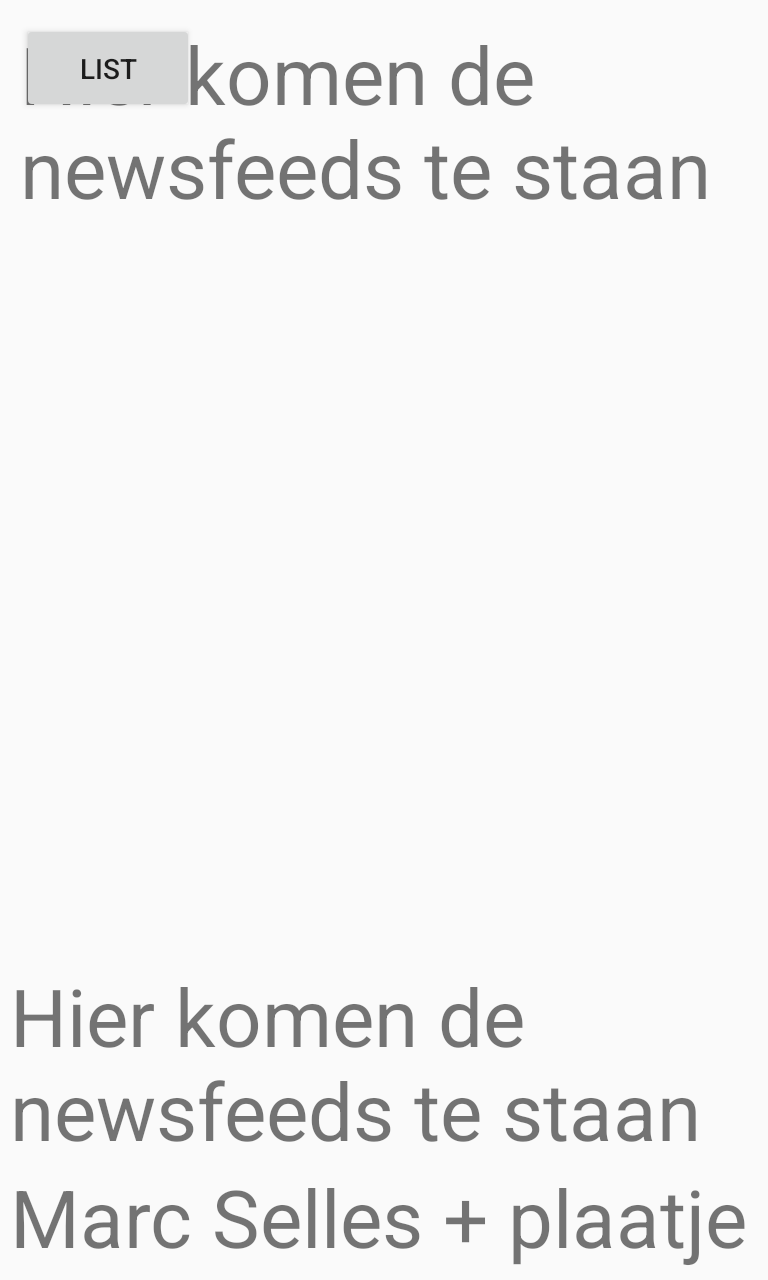
Repository: MarcSelles/BeatYourBucketAndroid
Layout: The_app/BeatYourBucket/res/layout/activity_main.xml
An editor plug-in stored every save of this project. The layout is shown before and after the next save, followed by the edit.
It is drawn on a 768 x 1280 px phone screen (xhdpi) without system bars, with theme AppTheme; the app's code is not run.

Above is the layout before, as saved 2015-01-14 11:09:05.

### The_app/BeatYourBucket/res/layout/activity_main.xml
<?xml version="1.0" encoding="utf-8"?>
<RelativeLayout xmlns:tools="http://schemas.android.com/tools"
    xmlns:android="http://schemas.android.com/apk/res/android"
    android:layout_width="fill_parent"
    android:layout_height="fill_parent"
    tools:context="com.byb.beatyourbucket.MainActivity" >

    <RelativeLayout
        android:id="@+id/fraglists"
        android:layout_width="match_parent"
        android:layout_height="match_parent"
        android:layout_above="@+id/tabhost"
        />

    <TabHost
        android:id="@+id/tabhost"
        android:layout_width="fill_parent"
    	android:layout_height="fill_parent">

	    <LinearLayout
	        android:orientation="vertical"
	        android:layout_width="fill_parent"
	        android:layout_height="fill_parent"
	        android:padding="5dp">

	        <FrameLayout
	            android:id="@+id/tab1"
	            android:layout_width="fill_parent"
	            android:layout_height="wrap_content"
	            android:padding="5dp"
	            android:layout_weight="1">

	        	<!-- <LinearLayout
	            	android:id="@+id/tab1"
	            	android:layout_width="wrap_content"
	            	android:layout_height="wrap_content"
	            	android:orientation="horizontal" >
	            	 -->

	                <Button
	        			android:id="@+id/list"
	        			android:layout_width="wrap_content"
	        			android:layout_height="wrap_content"
	        			android:text="list" />

	                <TextView
	                	android:id="@+id/hooi"
	                    android:layout_width="wrap_content"
	                    android:layout_height="wrap_content"
	                    android:text="Hier komen de newsfeeds te staan"
	                    android:textSize="40sp" />

	            <!-- </LinearLayout>-->
	            </FrameLayout>

	            <FrameLayout
	            	android:id="@+id/tab2"
	            	android:layout_width="wrap_content"
	            	android:layout_height="wrap_content"
	                android:orientation="vertical" >

	                <TextView
	                	android:id="@+id/hoi"
	                    android:layout_width="wrap_content"
	                    android:layout_height="wrap_content"
	                    android:text="Hier komen de newsfeeds te staan"
	                    android:textSize="40sp" />

	            </FrameLayout>

	            <FrameLayout
	                android:id="@+id/tab3"
	                android:layout_width="wrap_content"
	                android:layout_height="wrap_content"
	                android:orientation="vertical" >

	                <TextView
	                	android:id="@+id/profiel"
	                    android:layout_width="wrap_content"
	                    android:layout_height="wrap_content"
	                    android:text="Marc Selles + plaatje"
	                    android:textSize="40sp" />

	            </FrameLayout>



	        <TabWidget
	            android:id="@android:id/tabs"
	            android:layout_width="fill_parent"
	            android:layout_height="wrap_content"
	            android:layout_weight="0"
	            android:layout_marginBottom="-4dp"/>

    	</LinearLayout>

	</TabHost>

</RelativeLayout>



    <!-- <Button
        android:id="@+id/list"
        android:layout_width="wrap_content"
        android:layout_height="wrap_content"
        android:layout_alignLeft="@+id/hoi"
        android:layout_below="@+id/hoi"
        android:layout_marginTop="44dp"
        android:onClick="seeList"
        android:text="list"
        android:visibility="invisible" />  -->




<!--  extra
<LinearLayout xmlns:tools="http://schemas.android.com/tools"
    xmlns:android="http://schemas.android.com/apk/res/android"
    android:layout_width="fill_parent"
    android:layout_height="fill_parent"
    tools:context="com.byb.beatyourbucket.MainActivity" >

android:paddingBottom="@dimen/activity_vertical_margin"
    android:paddingLeft="@dimen/activity_horizontal_margin"
    android:paddingRight="@dimen/activity_horizontal_margin"
    android:paddingTop="@dimen/activity_vertical_margin" -->

Loaded but not shown: The_app/BeatYourBucket/res/values/styles.xml (common file); The_app/BeatYourBucket/res/values-v11/styles.xml (common file); The_app/BeatYourBucket/res/values-v14/styles.xml (common file); The_app/BeatYourBucket/res/values/dimens.xml (common file); The_app/BeatYourBucket/res/values-w820dp/dimens.xml (common file)

After the next save:
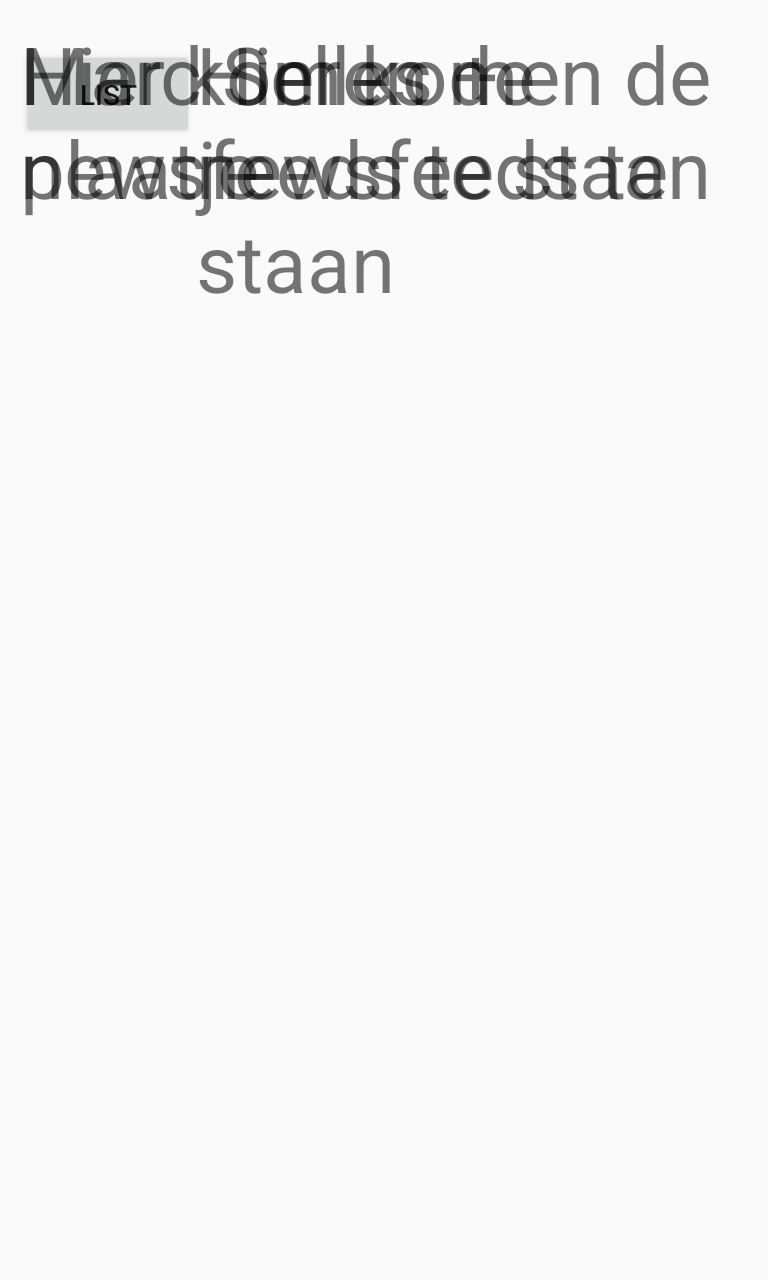
Saved 70 s later.
--- a/The_app/BeatYourBucket/res/layout/activity_main.xml
+++ b/The_app/BeatYourBucket/res/layout/activity_main.xml
@@ -24,18 +24,17 @@
 	        android:padding="5dp">
 
 	        <FrameLayout
-	            android:id="@+id/tab1"
+	            android:id="@android:id/tabcontent"
 	            android:layout_width="fill_parent"
 	            android:layout_height="wrap_content"
 	            android:padding="5dp"
 	            android:layout_weight="1">
 
-	        	<!-- <LinearLayout
+	        	<LinearLayout
 	            	android:id="@+id/tab1"
 	            	android:layout_width="wrap_content"
 	            	android:layout_height="wrap_content"
 	            	android:orientation="horizontal" >
-	            	 -->
 
 	                <Button
 	        			android:id="@+id/list"
@@ -50,10 +49,9 @@
 	                    android:text="Hier komen de newsfeeds te staan"
 	                    android:textSize="40sp" />
 
-	            <!-- </LinearLayout>-->
-	            </FrameLayout>
+	            </LinearLayout>
 
-	            <FrameLayout
+	            <LinearLayout
 	            	android:id="@+id/tab2"
 	            	android:layout_width="wrap_content"
 	            	android:layout_height="wrap_content"
@@ -66,9 +64,9 @@
 	                    android:text="Hier komen de newsfeeds te staan"
 	                    android:textSize="40sp" />
 
-	            </FrameLayout>
+	            </LinearLayout>
 
-	            <FrameLayout
+	            <LinearLayout
 	                android:id="@+id/tab3"
 	                android:layout_width="wrap_content"
 	                android:layout_height="wrap_content"
@@ -81,9 +79,9 @@
 	                    android:text="Marc Selles + plaatje"
 	                    android:textSize="40sp" />
 
+	            </LinearLayout>
+
 	            </FrameLayout>
-
-
 
 	        <TabWidget
 	            android:id="@android:id/tabs"
